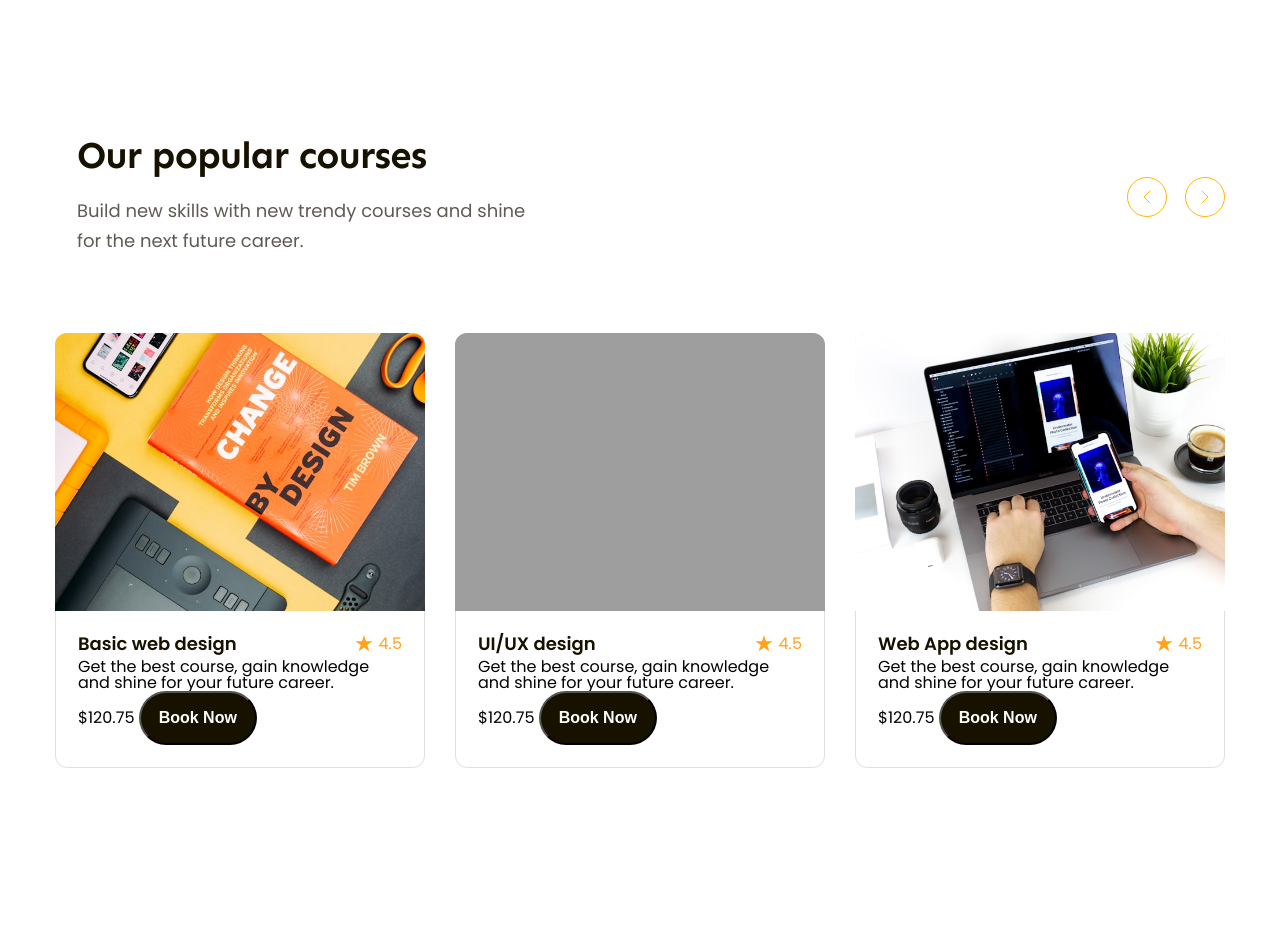
Repository: vancong171001/f8-html-css-02
Page: index.html
The author's editor kept a copy of each file at every save. The page is drawn from the files as they stood at one save, then again after the next save.
The browser window is 1280 px wide. The pictures show the part of the page from y = 984 to 1936 px (the page is 5000 px tall).
Pictures or frames that could not be fetched are drawn as grey boxes. A picture or video elsewhere on the page could not be fetched, so the positions and the page height are approximate.

Above is the page before, as saved 2025-03-11 14:25:45.

After the next save:
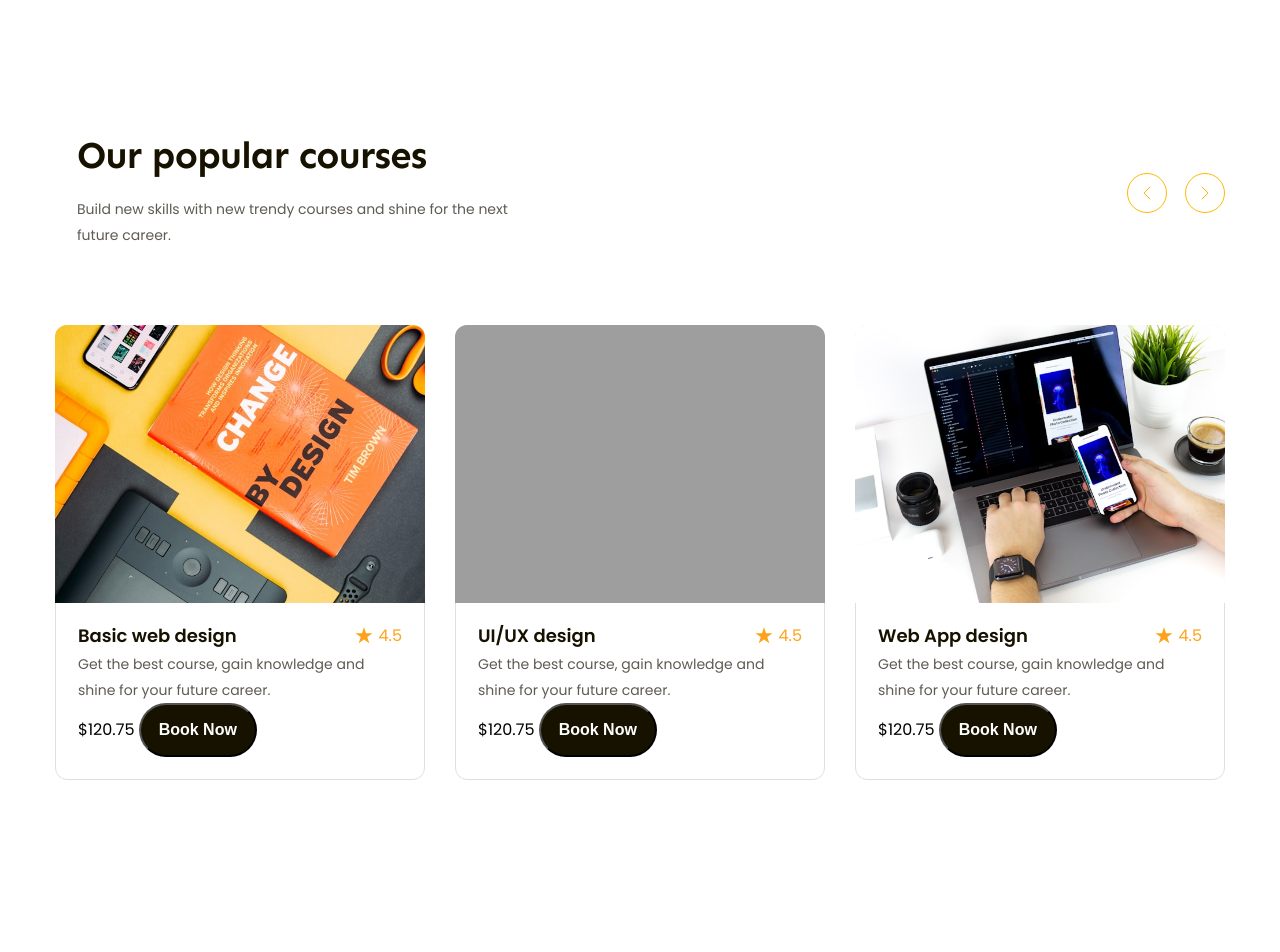
Saved 5 s later.
--- a/assets/css/style.css
+++ b/assets/css/style.css
@@ -355,4 +355,11 @@
   line-height: 1.75;
 }
 
-.popular .
+.popular .desc {
+  color: #5f5b53;
+  font-family: Poppins;
+  font-size: 14px;
+  font-style: normal;
+  font-weight: 400;
+  line-height: 26px; /* 185.714% */
+}
